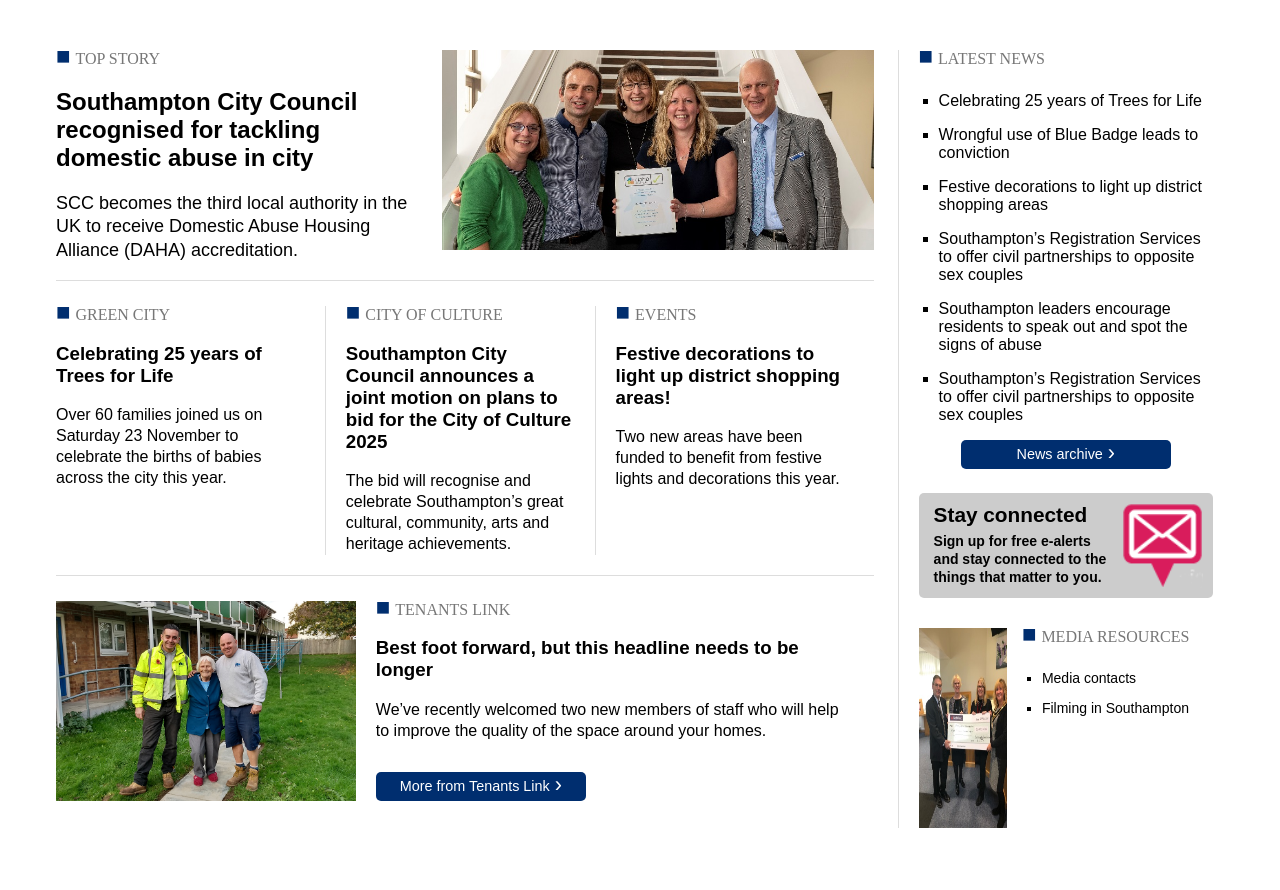
Repository: Domehead123/newspage
Page: index.html
The author's editor kept a record of every edit. The page is drawn from the files as they stood at one moment, then again after the next edit.
The browser window is 1280 px wide. The pictures show the whole page.
Some web libraries are served in a nearby version.

Above is the page before.

### index.html
<!DOCTYPE html>
<html lang="en">

<head>
    <meta charset="UTF-8">
    <meta name="viewport" content="width=device-width, initial-scale=1.0">
    <meta http-equiv="X-UA-Compatible" content="ie=edge">
    <script src="https://ajax.googleapis.com/ajax/libs/jquery/3.4.1/jquery.min.js"></script>

    <script src="https://kit.fontawesome.com/aae406265c.js" crossorigin="anonymous"></script>

    <link rel="stylesheet" href="news.css" type="text/css" />
    <title>News & Events</title>
</head>

<body>
    <div class="page-width">

        <div class="split-page">
            <div class="top-row">
                <div class="top-story">

                    <a href="#"><img class="top-large-pic" src="images/DAHA.jpg"></a>
                    <div class="subject-header">TOP STORY</div>


                    <h2><a href="#">

Southampton City Council recognised for tackling domestic abuse in city</a></h2>
                    <p><a href="#"><img class="top-small-pic" src="images/DAHA.jpg">SCC becomes the third local authority in the UK to receive Domestic Abuse Housing Alliance (DAHA) accreditation.</a></p>
                </div>


            </div>

            <div class="latest-news">
                <div class="subject-header">LATEST NEWS</div>

                <ul>
                    <li><a href="#">Celebrating 25 years of Trees for Life</a></li>
                    <li><a href="#">Wrongful use of Blue Badge leads to conviction</a></li>
                    <li><a href="#">Festive decorations to light up district shopping areas</li>
                    <li><a href="#">Southampton’s Registration Services to offer civil partnerships to opposite sex couples</a></li>
                    <li><a href="#">Southampton leaders encourage residents to speak out and spot the signs of abuse</a></li>
                    <li><a href="#">Southampton’s Registration Services to offer civil partnerships to opposite sex couples</a></li>

                </ul>
                <p class="more centre"><a href="#">News archive</a></p>
            </div>


            <div class="middle-row">
                <div class="topic">
                    <div class="subject-header ">GREEN CITY</div>

                    <h3><a href="#">
Celebrating 25 years of Trees for Life
 </a></h3>
                    <p><a href="#">Over 60 families joined us on Saturday 23 November to celebrate the births of babies across the city this year.</a></p>
                </div>
                <div class="topic">
                    <div class="subject-header">CITY OF CULTURE</div>

                    <h3><a href="#">Southampton City Council announces a joint motion on plans to bid for the City of Culture 2025</a></h3>
                    <p><a href="#">The bid will recognise and celebrate Southampton’s great cultural, community, arts and heritage achievements.</a></p>
                </div>

                <div class="topic">
                    <div class="subject-header ">EVENTS</div>

                    <h3><a href="#">
Festive decorations to light up district shopping areas!
 </a></h3>
                    <p><a href="#">Two new areas have been funded to benefit from festive lights and decorations this year.</a></p>

                </div>

            </div>




            <div class="bottom-row">

                <div class="tenants-container">
                    <div class="tenants"><a href="#"><img class="bottom-large-pic" src="images/tenants.jpg"></a>

                        <div class="subject-header ">TENANTS LINK</div>

                        <h3><a href="#">Best foot forward, but this headline needs to be longer</a></h3>
                        <p><a href="#"><img class="bottom-small-pic" src="images/tenants.jpg">We’ve recently welcomed two new members of staff who will help to improve the quality of the space around your homes. </a></p>

                    </div>
                    <p class="more"><a href="#">More from Tenants Link</a></p>
                </div>




            </div>




        </div>

        <div class="side-panel">

            <div class="latest-news">
                <div class="subject-header">LATEST NEWS</div>

                <ul>
                    <li><a href="#">Celebrating 25 years of Trees for Life</a></li>
                    <li><a href="#">Wrongful use of Blue Badge leads to conviction</a></li>
                    <li><a href="#">Festive decorations to light up district shopping areas</li>
                    <li><a href="#">Southampton’s Registration Services to offer civil partnerships to opposite sex couples</a></li>
                    <li><a href="#">Southampton leaders encourage residents to speak out and spot the signs of abuse</a></li>
                    <li><a href="#">Southampton’s Registration Services to offer civil partnerships to opposite sex couples</a></li>
                </ul>
                <p class="more centre"><a href="#">News archive</a></p>
            </div>

            <div class="connected">

                <a href="#"><img src="images/connected.png"></a>
                <h2><a href="#">Stay connected</a></h2>

                <p><a href="#">Sign up for free e-alerts and stay connected to the things that matter to you.</a></p>
            </div>

            <div class="media">
                <img class="bottom-large-pic" src="images/lipstick.jpg">
                <div class="subject-header ">MEDIA RESOURCES</div>

                <ul>
                    <li><a href="# ">Media contacts</a></li>
                    <li><a href="# ">Filming in Southampton</a></li>

                </ul>
            </div>


        </div>






    </div>






</body>

</html>

### news.css
/* REMOVE LEFT-HAND NAV */

.sidebar__content {
    display: none !important;
}

.page-body {
    left: 0 !important;
    width: 100% !important;
    font-size: 20px;
}

.page-width {
    max-width: 1168px;
    margin: 50px auto;
    padding: 0 25px;
}


/* GENERAL STYLING AND LINKS */

h2,
h3,
h4,
li,
p {
    font-family: "franklin-gothic-urw", sans-serif;
}


p {
    font-size: 18px;
    line-height: 130%;
}


a {
    color: #000;
    text-decoration: none;
    transition: 0.4s all;
}

.centre {
    margin: 0 auto;
}


.topic:hover a,
.top-story:hover a,
.tenants:hover a,
.latest-news a:hover,
.connected:hover a,
.more a:hover,
.media a:hover {
    text-decoration: underline;
}

.subject-header {
    color: #777;
}

.subject-header:before {
    content: "\25A0";
    line-height: 0;
    font-size: 1.5em;
    color: #002e6f;
    margin-right: 5px;
}

/* MAIN CONTENT */

.split-page {
    display: inline-block;
    vertical-align: top;
    width: 70%;
}


.split-page .latest-news {
    padding: 25px 0;
    display: none;
    border-bottom: 1px solid #ddd;
    margin-bottom: 0;
}

.top-row {
    display: flex;
    border-bottom: 1px solid #ddd;
}

.middle-row {
    clear: both;
    display: flex;
    flex-wrap: wrap;
    border-bottom: 1px solid #ddd;
    padding: 25px 0 20px 0;
}

.bottom-row {
    clear: both;
    display: flex;
    padding: 25px 0;
}

.top-story {
    margin: 0;
    box-sizing: border-box;
}

.top-story::after {
    content: "";
    clear: both;
    display: table;
}


.top-large-pic {
    display: block;
    margin: 0 0 20px 20px;
    height: 200px;
    float: right;
}

.top-small-pic {
    display: none;
    float: right;
    margin: 0 0 20px 20px;
    height: 100px;
}

.topic {
    width: 33%;
    padding: 0 20px;
    box-sizing: border-box;
    display: inline-block;
    vertical-align: top;
}

.right-border {}

.topic p {
    font-size: 16px;
    margin-bottom: 0;
}

.tenants p {
    font-size: 16px;
}

.topic:nth-child(1) {
    padding: 0 20px 0 0;
    border-right: 1px solid #ddd;
}

.topic:nth-child(2) {
    border-right: 1px solid #ddd;
}

.lower-stories {
    border-right: 1px solid #ddd;
}

.bottom-large-pic {
    height: 200px;
    margin-right: 20px;
    float: left;
}

.bottom-small-pic {
    display: none;
    float: right;
    margin: 0 0 20px 20px;
    height: 100px;
}

.tenants-container {
    margin-right: 20px;
    box-sizing: border-box;
    display: inline-block;
    vertical-align: top;
}

.more {
    font-size: 0.9em;
    background: #002e6f;
    width: 200px;
    padding: 5px;
    text-align: center;
    border-radius: 5px;
}

.tenants-container .more {
    float: left;
}

.more a {
    color: #fff;
}

.more::after {
    content: "\203A";
    color: #fff;
    font-size: 1.5em;
    line-height: 0;
    margin-left: 5px;
    position: relative;
    top: 1px;
}



/* SIDE PANEL */

.side-panel {
    display: inline-block;
    vertical-align: top;
    width: 27%;
    margin-left: 20px;
    border-left: 1px solid #ddd;
    padding-left: 20px;
    box-sizing: border-box;
}

.latest-news {
    margin-bottom: 1.5em;
}

.latest-news ul,
.media ul {
    padding: 0 0 0 20px;
    margin-top: 1.5em;
}

.latest-news ul li,
.media ul li {
    margin: 0 0 1em 0;
    font-size: 16px;
    list-style-type: square;
}

.extras {
    display: flex;
    flex-wrap: wrap;
}


.connected {
    background: #ccc;
    padding: 10px 10px 10px 15px;
    border-radius: 5px;
    margin-bottom: 30px;
    width: 100%;
    box-sizing: border-box;
}

.connected img {
    float: right;
    height: 85px;
    margin-left: 10px;
}

.connected h2 {
    font-size: 1.3em;
    margin: 0 0 5px 0;
}

.connected p {
    font-size: 14px;
    font-weight: bold;
    margin: 0;
}


.connected::after {
    content: "";
    clear: both;
    display: table;
}

.media {
    width: 100%;

}

.media img {
    float: left;
    width: 30%;
    margin-right: 15px;
}

.media ul {
    padding: 0 0 0 20px;
    margin-top: 1.5em;
    margin-bottom: 0;
    display: inline-block;
    box-sizing: border-box;
    width: 60%;
}

.media ul li {
    margin: 0 0 1em 0;
    list-style-type: square;
    font-size: 14px;
}

.extras {
    display: flex;
}


@media only screen and (max-width: 1000px) {
    .split-page {
        width: 100%;
    }

    .side-panel {
        width: 100%;
        border-left: 0;
        margin: 0;
        padding: 0;
    }

    .split-page .latest-news {
        display: block
    }

    .side-panel .latest-news {
        display: none;
    }

    .connected {
        width: 45%;
        margin-right: 25px;
        margin-bottom: 0;
    }

    .media {
        width: 45%;
        border: 1px solid #ddd;
        padding: 15px;
        border-radius: 5px;
        box-sizing: content-box;
    }

}


@media only screen and (max-width: 750px) {
    .top-large-pic {
        display: none;
    }

    .top-small-pic {
        display: block;
    }

    .bottom-large-pic {
        display: none;
    }

    .bottom-small-pic {
        display: block;
    }

    .tenants-container {
        margin-right: 0;
    }

    .tenants-container .more {
        float: none;
        margin: 10px auto;
        clear: both;
    }

}


@media only screen and (max-width: 660px) {
    .connected {
        width: 100%;
        margin-right: 0;
        margin-bottom: 25px;
    }

    .media {
        width: 100%;
    }

    .media img {
        height: 100px;
        width: auto;
    }



}


@media only screen and (max-width: 600px) {
    .topic {
        width: 100%;
    }

    .topic:nth-child(1) {
        padding: 0 0 25px 0;
        border-right: 0;
        border-bottom: 1px solid #ddd;
    }

    .topic:nth-child(2) {
        padding: 25px 0;
        border-right: 0;
        border-bottom: 1px solid #ddd;
    }

    .topic:nth-child(3) {
        padding: 25px 0 0 0;
    }


}



@media only screen and (max-width: 450px) {

    .top-small-pic,
    .bottom-small-pic {
        height: auto;
        width: 100%;
    }
}



@media only screen and (max-width: 400px) {

    .media img {
        display: none;
    }
}

After the next edit:
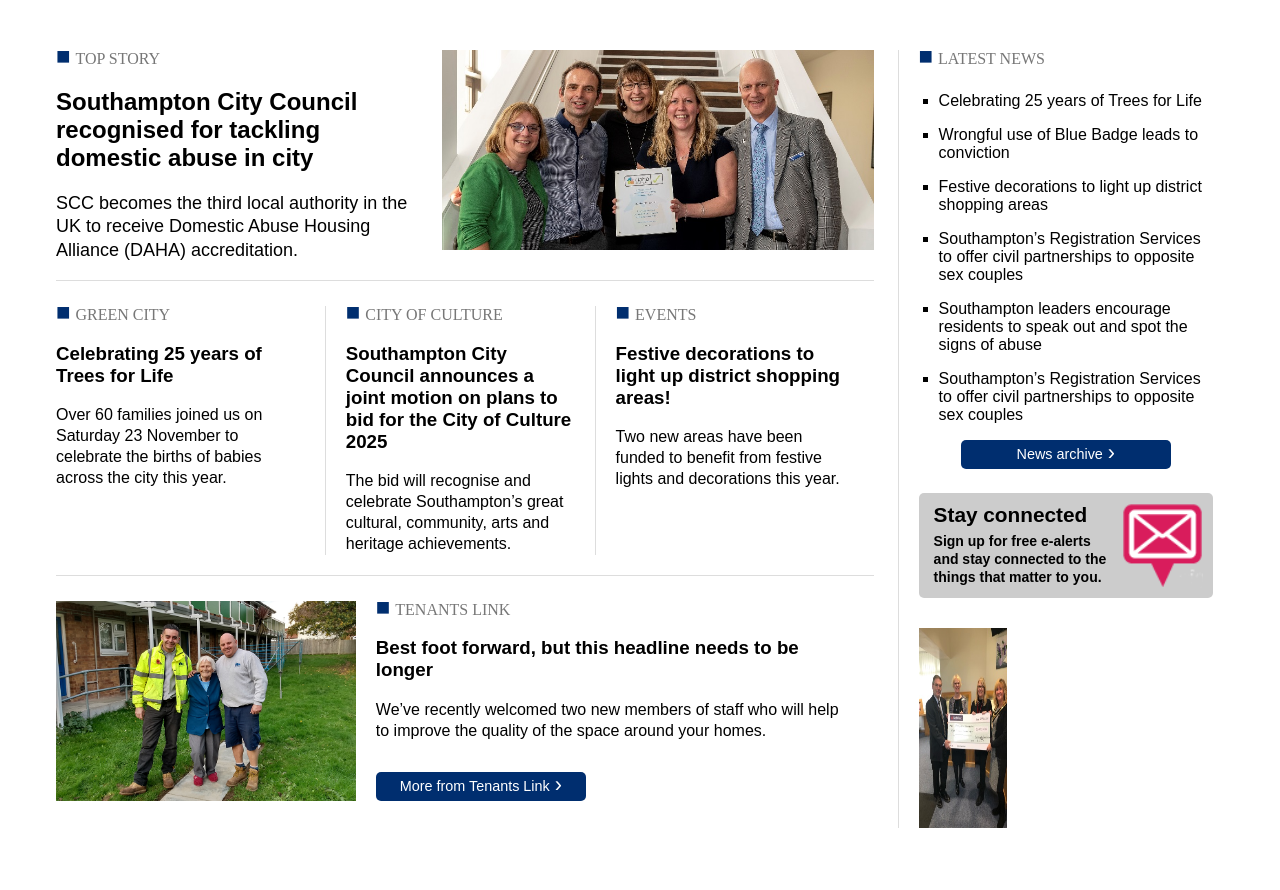
The edit:
--- a/index.html
+++ b/index.html
@@ -130,13 +130,7 @@
 
             <div class="media">
                 <img class="bottom-large-pic" src="images/lipstick.jpg">
-                <div class="subject-header ">MEDIA RESOURCES</div>
 
-                <ul>
-                    <li><a href="# ">Media contacts</a></li>
-                    <li><a href="# ">Filming in Southampton</a></li>
-
-                </ul>
             </div>
 
 
